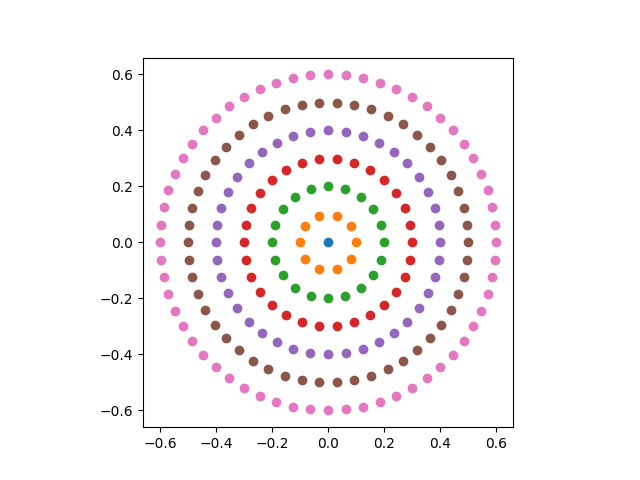
Repository: moein1379/DeepLearning
Script's output: python pandaExercise.py
The author's editor kept a copy of each file at every save. The script's output is drawn from the files as they stood at one save, then again after a run of saves.
Random numbers start from a fixed seed.

Above is the script's output before, as saved 2021-03-04 19:31:38.

After the next 5 saves:
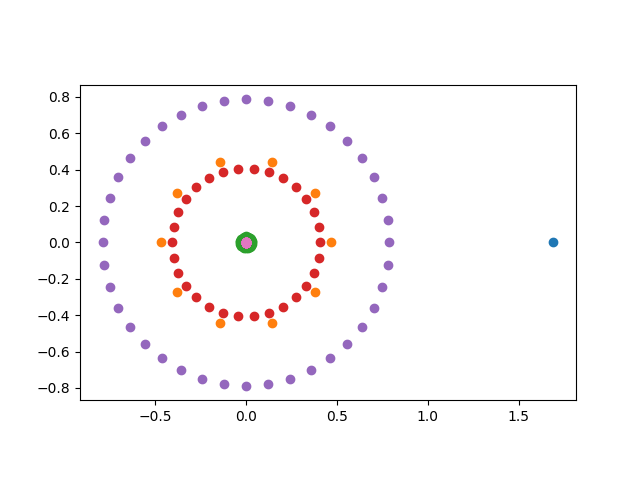
The 5 saves are shown as one change because they came seconds apart.
The last was saved 38 s later.
--- a/pandaExercise.py
+++ b/pandaExercise.py
@@ -10,7 +10,7 @@ def circle_points(r, n):
         circles.append(np.c_[x, y])
     return circles
 n = [1, 10, 20, 30, 40, 50, 60]
-r = [0.0, 0.1, 0.2, 0.3, 0.4, 0.5, 0.6]
+r = np.random.randn(100)
 circles = circle_points(r, n)
 fig, ax = plt.subplots()
 for circle in circles:
